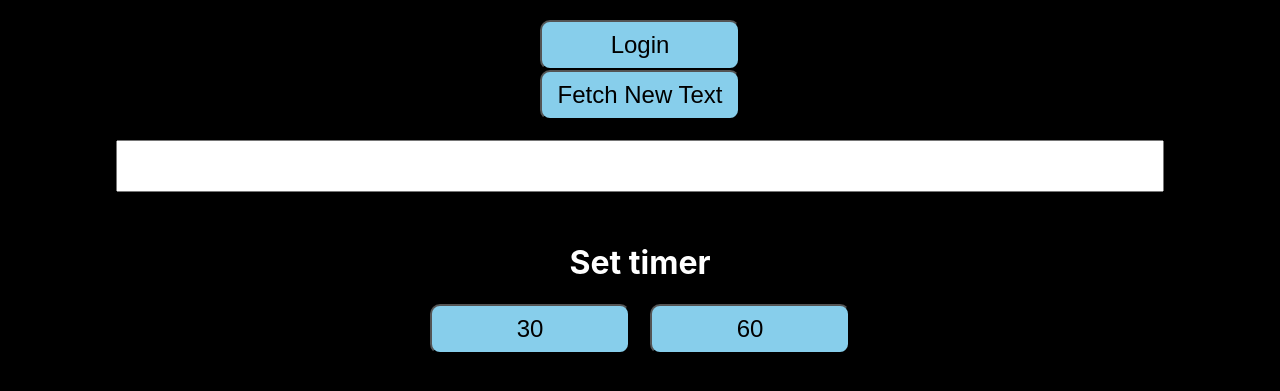
Repository: abhaysharma20233009/swiftKey
Page: / (app in frontend/my-app/)
An editor plug-in stored every save of this project. The page is shown before and after the next save, followed by the edit.
The browser window is 1280 px wide. The pictures show the whole page.
The page's requests for data from a server got no answer. The project was rebuilt for these pictures with package versions that can differ from the ones it lists, and the page was loaded fresh each time. No one was signed in, and anything a server would have sent is missing. Also part of the build but not shown: frontend/my-app/src/Results.js, frontend/my-app/src/Login.js.

Above is the page before, as saved 2024-10-10 16:52:14.

### frontend/my-app/src/App.js
//App.js

import './App.css';
import React from 'react';
import { BrowserRouter as Router, Route, Routes } from 'react-router-dom';
import Swift from './Swifts';
import Results from './Results';
import Login from './Login';
const App = () => {
    return (
        <Router>
			<div className="App">
            <Routes>
                <Route path="/" element={<Swift />} />
                <Route path="/results" element={<Results />} />
                <Route path="/login" element={<Login />} />
            </Routes>
			</div>
        </Router>
    );
};

export default App;

### frontend/my-app/src/App.css
.App {
  text-align: center;
  color:white;
}

body{
  background-color:black;
}

.log{
  color:black;
  margin-left: 10px;
  margin-right: 10px;
  background-color: skyblue;
  border-radius: 10px;
  height:50px;
  width:200px;
  justify-self: end;
  font-size: x-large;
}




.in{
  border-radius:20px;
  font-size: 24px;
  width: 60%;
  padding: 10px;
  margin: 20px 0;
}

.hea{
  margin-top: 100px;
  margin-bottom: 50px;
  margin-left:25%;
  background-color: lightgray;
  font-size: 24px;
  background-color:green;
  width:50%;
  height:50px;
  border-radius:30px;
  text-align: center;
}

### frontend/my-app/src/Swifts.js
import React, { useState, useEffect } from 'react';
import { useNavigate, useLocation } from 'react-router-dom';

function Swifts() {
    const [message, setMessage] = useState('');
    const [inputValue, setInputValue] = useState('');
    const [currentWordIndex, setCurrentWordIndex] = useState(0);
    const [time, setTime] = useState(0);
    const navigate = useNavigate();
    const location = useLocation();

    // Retrieve username from location state
    const username = location.state?.username || '';

    const fetchMessages = async () => {
        try {
            const response = await fetch('http://localhost:7000/random-paragraph');
            const data = await response.json();
            if (data && typeof data === 'string') {
                setMessage(data);
                setInputValue('');
                setCurrentWordIndex(0);
            } else {
                console.error('Invalid data format:', data);
            }
        } catch (error) {
            console.error('Error fetching messages:', error);
        }
    };

    useEffect(() => {
        fetchMessages();
    }, []);

    useEffect(() => {
        if (time > 0) {
            const timer = setTimeout(() => {
                navigate('/results', { state: { currentWordIndex, username } });
            }, time * 1000);

            return () => clearTimeout(timer);
        }
    }, [time, currentWordIndex, navigate, username]);

    const handleInputChange = (e) => {
        const value = e.target.value;
        setInputValue(value);

        const words = message.split(' ');
        const currentWord = words[currentWordIndex];

        if (currentWord && currentWord.startsWith(value.trim())) {
            if (value.trim() === currentWord) {
                setCurrentWordIndex((prevIndex) => prevIndex + 1);
                setInputValue('');
            }
        }
    };

    const words = message.split(' ');
    const currentWord = words[currentWordIndex] || '';

    // Function to chunk words into lines of 10 words each
    const chunkWords = (words, chunkSize) => {
        const result = [];
        for (let i = 0; i < words.length; i += chunkSize) {
            result.push(words.slice(i, i + chunkSize));
        }
        return result;
    };

    const chunkedWords = chunkWords(words, 20); // Chunk words into groups of 10

    return (
        <div style={{ textAlign: 'center', marginTop: '20px' }}>
            {username && <h2>Welcome, {username}!</h2>}
            <button className="log" onClick={() => navigate('/login')}>Login</button>
            <br />
            <button className="log" onClick={fetchMessages}>Fetch New Text</button>
            <br />
            <input
                type="text"
                value={inputValue}
                onChange={handleInputChange}
                style={{
                    fontSize: '24px',
                    width: '80%',
                    padding: '10px',
                    margin: '20px 0',
                }}
                placeholder={currentWord.slice(inputValue.length)}
            />
            <div class="lo" style={{ fontSize: '24px', marginTop: '10px', textAlign: 'center' }}>
                {chunkedWords.map((line, lineIndex) => (
                    <div key={lineIndex} style={{ display: 'flex', flexWrap: 'wrap' }}>
                        {line.map((word, index) => {
                            const wordIndex = lineIndex * 20 + index; // Calculate the global index
                            const isCurrentWord = wordIndex === currentWordIndex;
                            const isTypedWord = wordIndex < currentWordIndex;

                            return (
                                <span
                                    key={wordIndex}
                                    style={{
                                        padding: '0 5px',
                                        color: isCurrentWord ? 'blue' : (isTypedWord ? 'gray' : 'white'),
                                        textDecoration: isTypedWord ? 'line-through' : 'none',
                                    }}
                                >
                                    {word}
                                </span>
                            );
                        })}
                    </div>
                ))}
            </div>
            <h1>Set timer</h1>
            <button className="log" onClick={() => setTime(30)}>30</button>
            <button className="log" onClick={() => setTime(60)}>60</button>
        </div>
    );
}

export default Swifts;

Loaded but not shown: frontend/my-app/public/index.html (common file); frontend/my-app/src/index.js (common file); frontend/my-app/src/index.css (common file); frontend/my-app/src/reportWebVitals.js (common file)

After the next save:
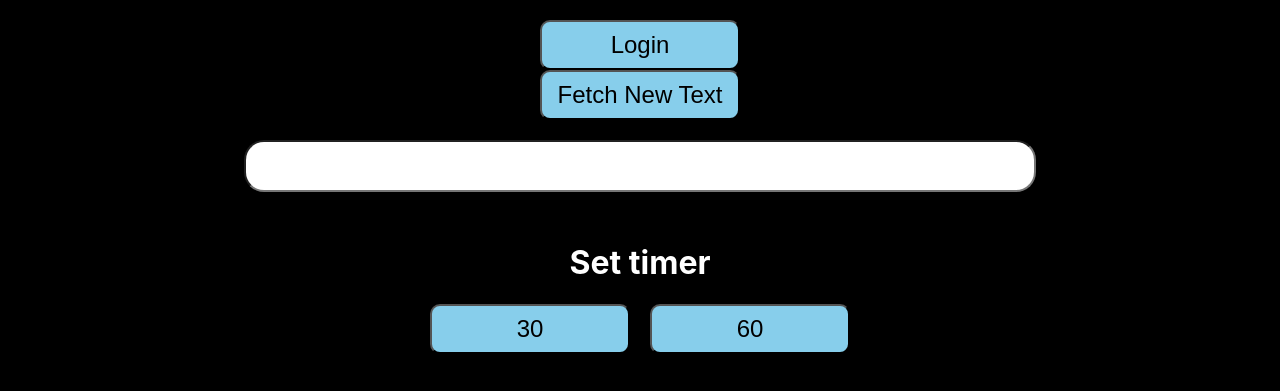
Saved 69 s later.
--- a/frontend/my-app/src/Swifts.js
+++ b/frontend/my-app/src/Swifts.js
@@ -79,15 +79,10 @@ function Swifts() {
             <button className="log" onClick={fetchMessages}>Fetch New Text</button>
             <br />
             <input
+            className='in'
                 type="text"
                 value={inputValue}
                 onChange={handleInputChange}
-                style={{
-                    fontSize: '24px',
-                    width: '80%',
-                    padding: '10px',
-                    margin: '20px 0',
-                }}
                 placeholder={currentWord.slice(inputValue.length)}
             />
             <div class="lo" style={{ fontSize: '24px', marginTop: '10px', textAlign: 'center' }}>
